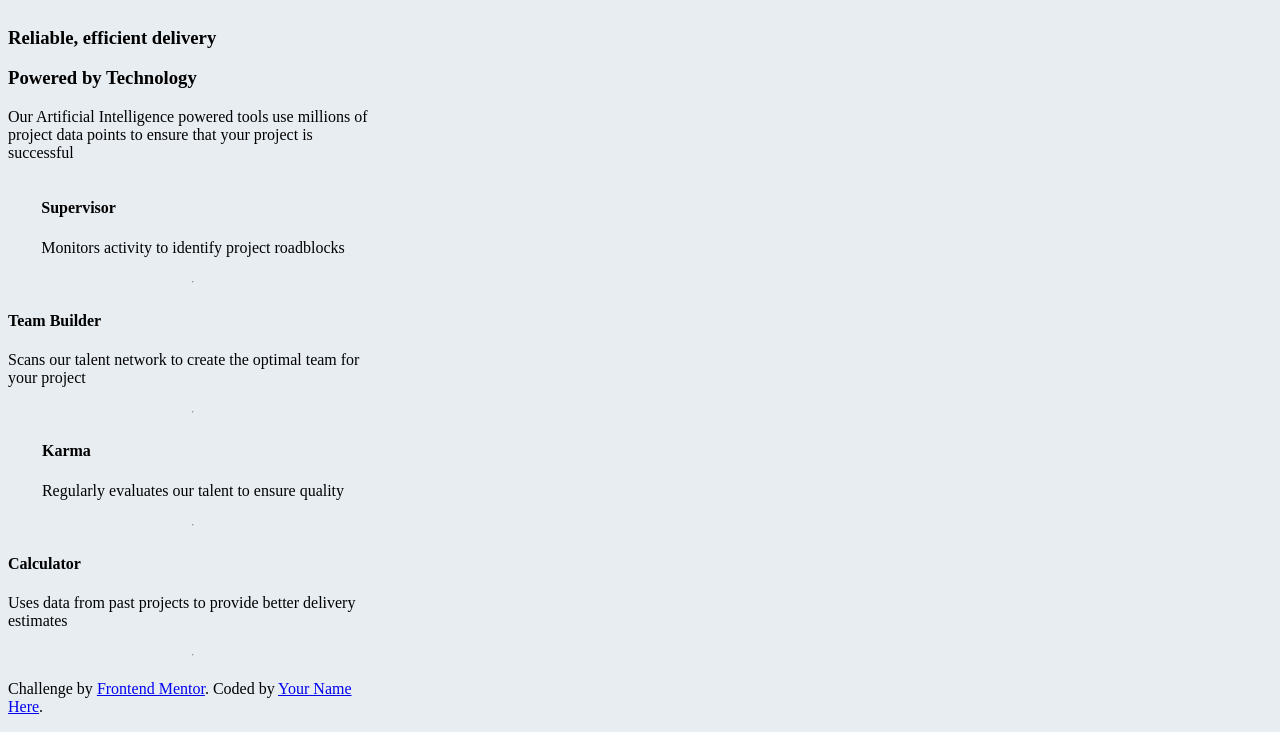
Repository: AngelaMwelu/four-card-page
Page: index.html
These files come from the project's save history. The page is drawn as it stood at one moment and after the next save; the edit follows.
The browser window is 1280 px wide. The pictures show the whole page.

Above is the page before, as saved 2025-05-15 15:18:37.

### index.html
<!DOCTYPE html>
<html lang="en">
<head>
  <meta charset="UTF-8">
  <meta name="viewport" content="width=device-width, initial-scale=1.0"> <!-- displays site properly based on user's device -->

  <link rel="icon" type="image/png" sizes="32x32" href="./images/favicon-32x32.png">
  <link rel="stylesheet" href="style.css">

  <title>Frontend Mentor | Four card feature section</title>
  <!-- Feel free to remove these styles or customise in your own stylesheet 👍 -->

  <style>
    .Card{
      display:flex;
      flex-direction:column;
      justify-content:center;
      align-items:center;
      min-height: 100hv;
      box-sizing:border-box;
      margin: 0;
      paddin
    }
  </style>
</head>
<body>
  <div class="Card">
    <div class="about">
      <h3>Reliable, efficient delivery</h3>
      <h3>Powered by Technology</h3>

      <p>Our Artificial Intelligence powered tools use millions of project data points
       to ensure that your project is successful</p>
    </div>

    <div class="Supervisor">
      <h4>Supervisor</h4>
      <p>Monitors activity to identify project roadblocks</p>
    </div>
    <hr clas="br1">

    <div class="Team Builder">
      <h4>Team Builder</h4>
      <p>Scans our talent network to create the optimal team for your project</p>
    </div>
    <hr clas="br2">

    <div class="Karma">
      <h4>Karma</h4>
      <p>Regularly evaluates our talent to ensure quality</p>
    </div>
    <hr clas="br3">

    <div class="Calculator">
      <h4>Calculator</h4>
      <p>Uses data from past projects to provide better delivery estimates</p>
    </div>
    <hr clas="br4">
  </div>

  <footer>
    <p class="attribution">
      Challenge by <a href="https://www.frontendmentor.io?ref=challenge" target="_blank">Frontend Mentor</a>.
      Coded by <a href="#">Your Name Here</a>.
    </p>
  </footer>
</body>
</html>

### style.css
body{
    background: hsl(210, 29%, 93%);
    width: 370px;
}

After the next save:
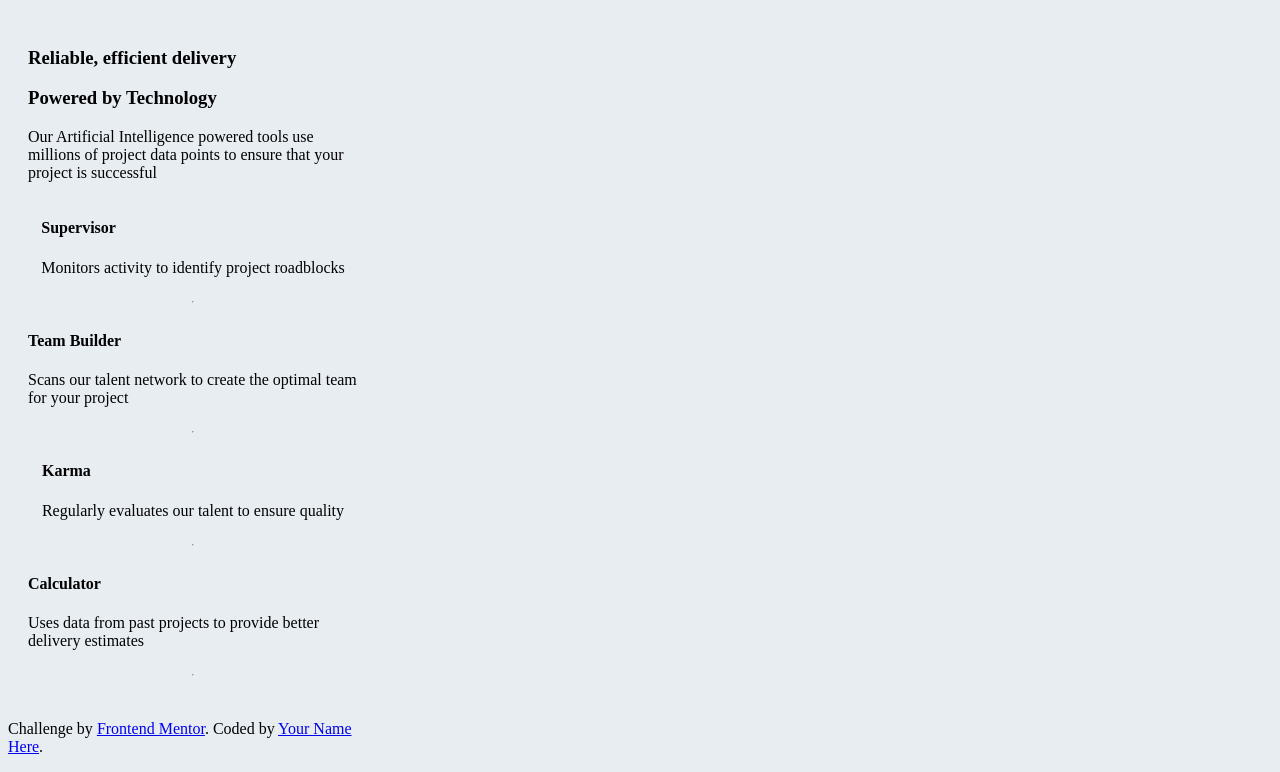
Saved 6 s later.
--- a/index.html
+++ b/index.html
@@ -19,7 +19,7 @@
       min-height: 100hv;
       box-sizing:border-box;
       margin: 0;
-      paddin
+      padding:20px;
     }
   </style>
 </head>
